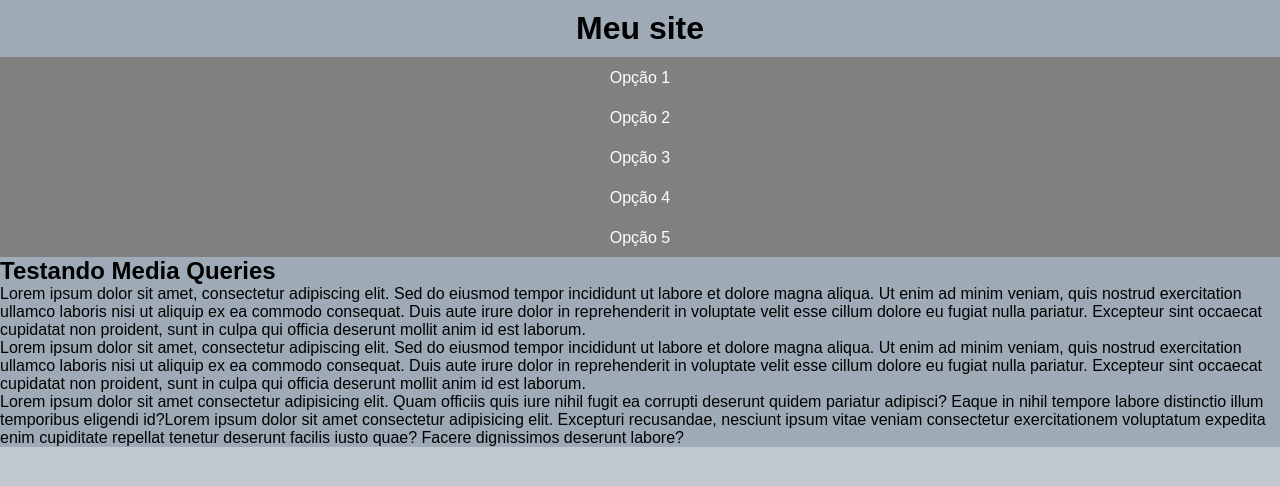
Repository: Sandro1969-tech/menu-hamburger
Page: index.html
These files come from the project's save history. The page is drawn as it stood at one moment and after a run of saves; the edit follows.
The browser window is 1280 px wide. The pictures show the whole page.

Above is the page before, as saved 2025-12-25 18:11:14.

### index.html
<!DOCTYPE html>
<html lang="pt-br">
<head>
    <meta charset="UTF-8">
    <meta name="viewport" content="width=device-width, initial-scale=1.0">
    <title>Media Queries</title>
    <link rel="stylesheet" href="style.css">
</head>
<body>
  <header>
    <main>
            <h1>Meu site</h1>
            <menu>
                <ul>
                    <li><a href="#">Opção 1</a></li>
                    <li><a href="#">Opção 2</a></li>
                    <li><a href="#">Opção 3</a></li>
                    <li><a href="#">Opção 4</a></li>
                    <li><a href="#">Opção 5</a></li>
                </ul>
            </menu>
                <article>
                    <h2>Testando Media Queries</h2>
                    <p>Lorem ipsum dolor sit amet, consectetur adipiscing elit. Sed do eiusmod tempor incididunt ut labore et dolore magna aliqua. Ut enim ad minim veniam, quis nostrud exercitation ullamco laboris nisi ut aliquip ex ea commodo consequat. Duis aute irure dolor in reprehenderit in voluptate velit esse cillum dolore eu fugiat nulla pariatur. Excepteur sint occaecat cupidatat non proident, sunt in culpa qui officia deserunt mollit anim id est laborum.</p>
                    <p>Lorem ipsum dolor sit amet, consectetur adipiscing elit. Sed do eiusmod tempor incididunt ut labore et dolore magna aliqua. Ut enim ad minim veniam, quis nostrud exercitation ullamco laboris nisi ut aliquip ex ea commodo consequat. Duis aute irure dolor in reprehenderit in voluptate velit esse cillum dolore eu fugiat nulla pariatur. Excepteur sint occaecat cupidatat non proident, sunt in culpa qui officia deserunt mollit anim id est laborum.</p>
                    <p> Lorem ipsum dolor sit amet consectetur adipisicing elit. Quam officiis quis iure nihil fugit ea corrupti deserunt quidem pariatur adipisci? Eaque in nihil tempore labore distinctio illum temporibus eligendi id?Lorem ipsum dolor sit amet consectetur adipisicing elit. Excepturi recusandae, nesciunt ipsum vitae veniam consectetur exercitationem voluptatum expedita enim cupiditate repellat tenetur deserunt facilis iusto quae? Facere dignissimos deserunt labore?</p>
                </article>
    </main>
  </header>
</body>
</html>

### style.css
@charset "UTF-8";

* {
    font-family: Arial, Helvetica, sans-serif;
    margin: 0px;
    padding: 0px;
}

body {
    background-color:
    rgba(119, 136, 153, 0.459);
}
header {
    background-color:rgba(119, 136, 153, 0.459);
;
}

h1 {
padding: 10px;
text-align: center;
}

menu {
    display: block;
}
menu > ul {
    list-style-type: none;
}
menu a {
    display: block;
    padding: 10px;
    text-decoration: none;
    background-color: grey;
    text-align: center;
    color: white;
    border-top: 2px solid grey;
}

After the next 2 saves:
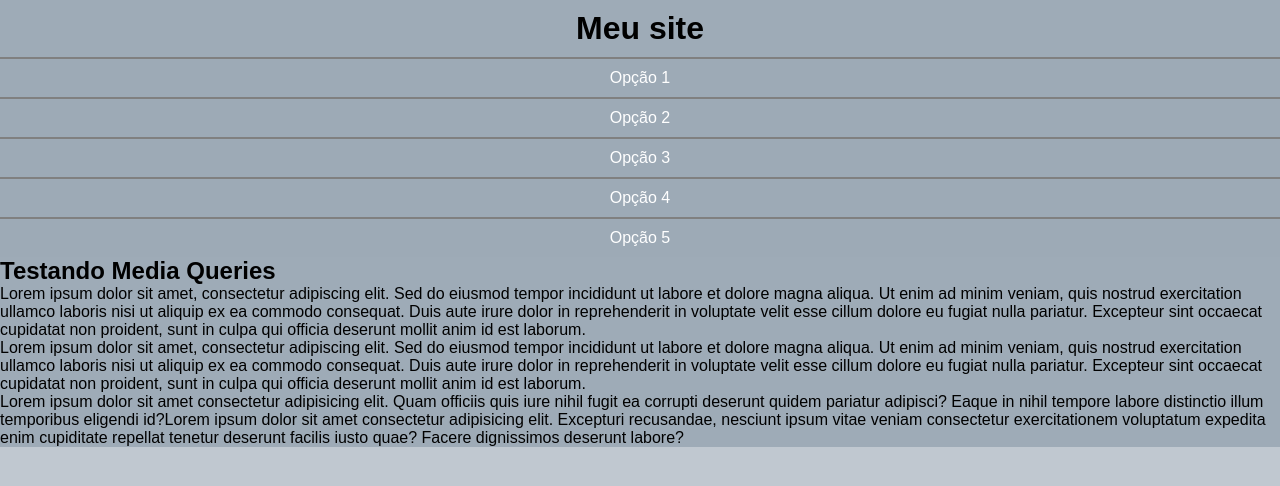
The 2 saves are shown as one change because they came seconds apart.
The last was saved 17 s later.
--- a/style.css
+++ b/style.css
@@ -30,7 +30,7 @@ menu a {
     display: block;
     padding: 10px;
     text-decoration: none;
-    background-color: grey;
+    background-color: rgba(128, 128, 128, 0.034);
     text-align: center;
     color: white;
     border-top: 2px solid grey;
